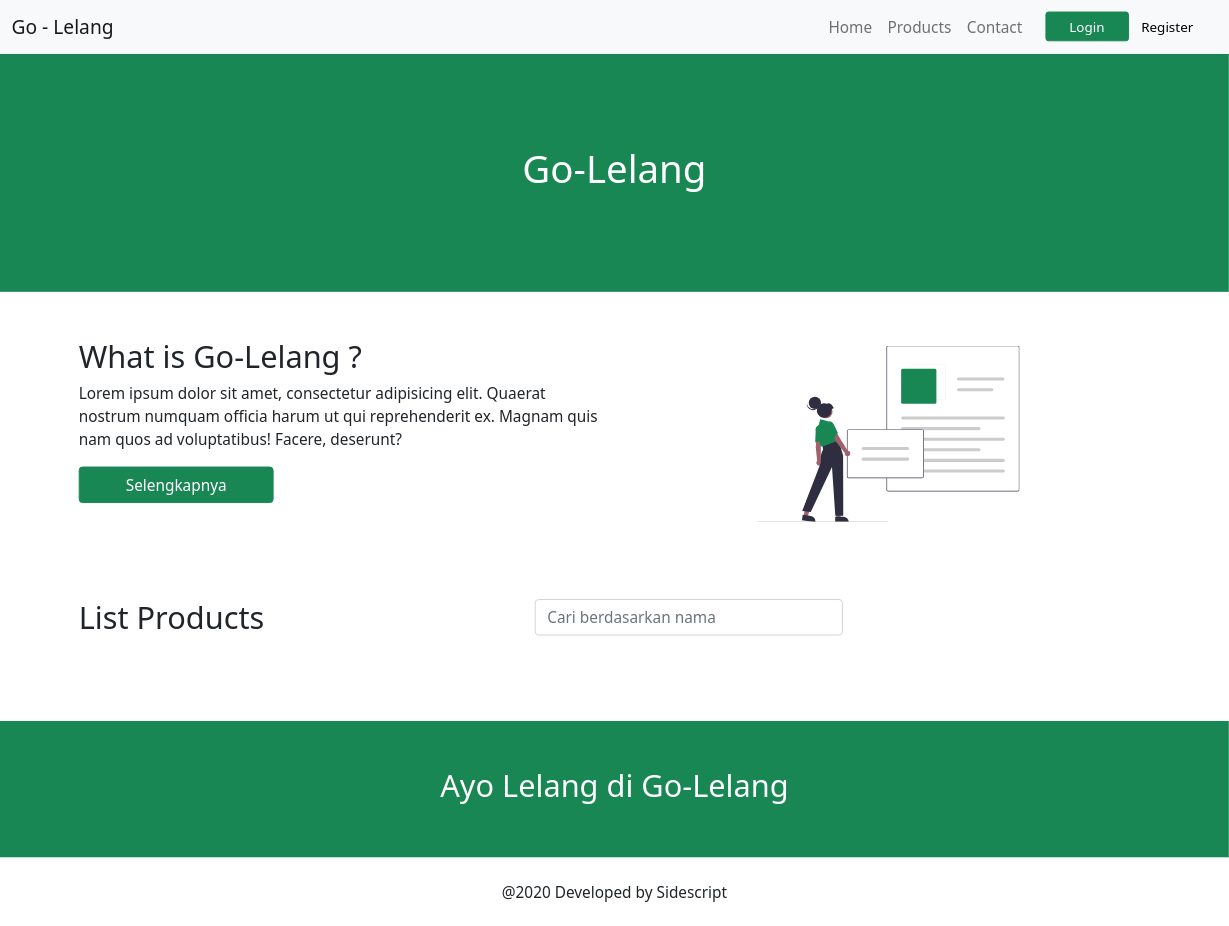
Repository: khulqu15/Go---Lelalng
Page: http://localhost/
The author's editor kept a copy of each file at every save. The page is drawn from the files as they stood at one save, then again after the next save.
The browser window is 1280 px wide. The pictures show the whole page, at 96% of full size.
The page is served by the project's Laravel application, run on PHP 8.4 with Laravel 8. Queries for data that is not in the repository find no rows.

Above is the page before, as saved 2021-02-22 10:55:00.

After the next save:
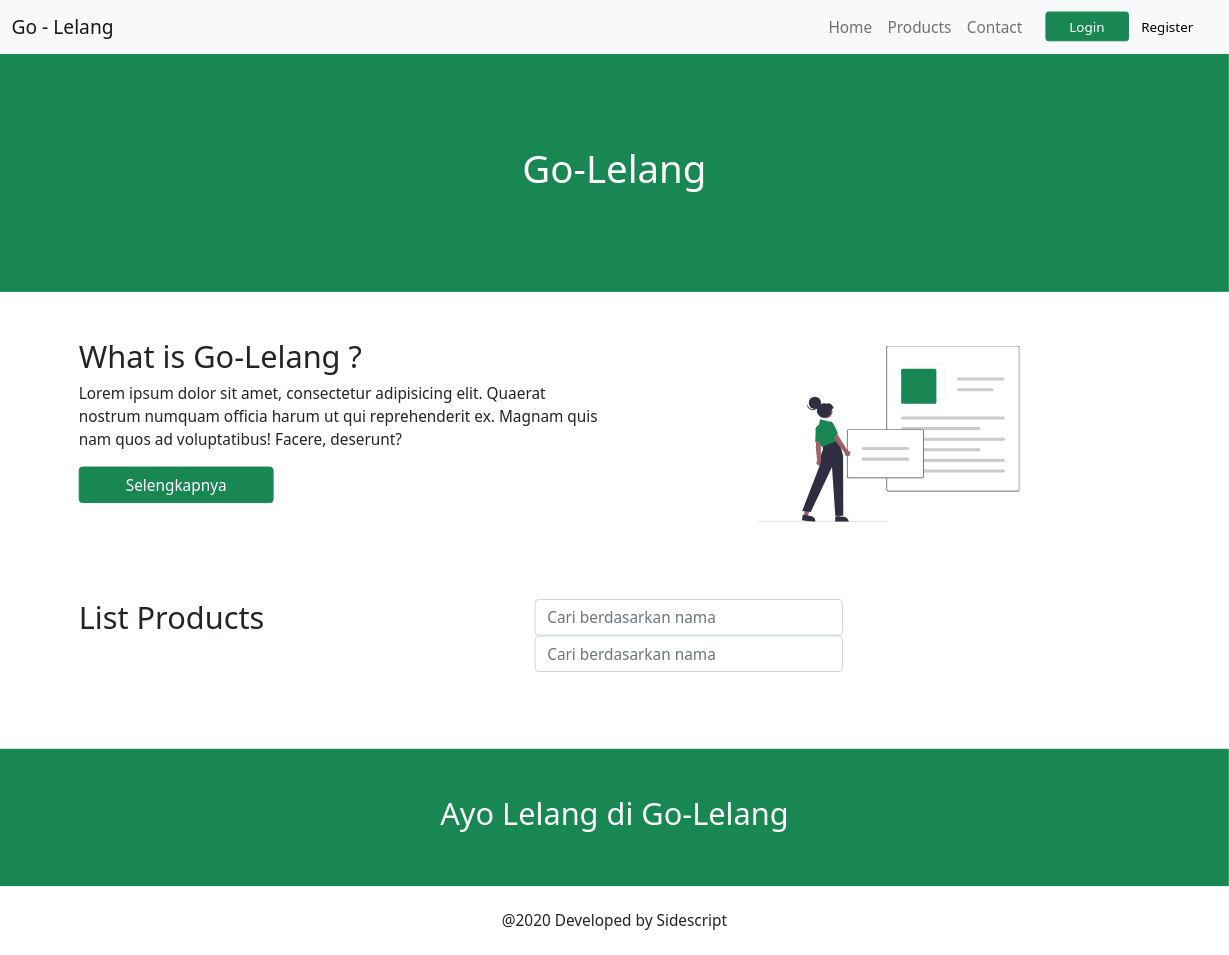
Saved 6 s later.
--- a/resources/views/welcome.blade.php
+++ b/resources/views/welcome.blade.php
@@ -30,6 +30,11 @@
         <div class="col-md-7 py-4">
             <div class="row">
                 <form action="{{ route('home') }}" method="GET">
+                    <div class="col-md-6">
+                        <div class="form-group">
+                            <input type="text" class="form-control" name="name" placeholder="Cari berdasarkan nama">
+                        </div>
+                    </div>
                     <div class="col-md-6">
                         <div class="form-group">
                             <input type="text" class="form-control" name="name" placeholder="Cari berdasarkan nama">
